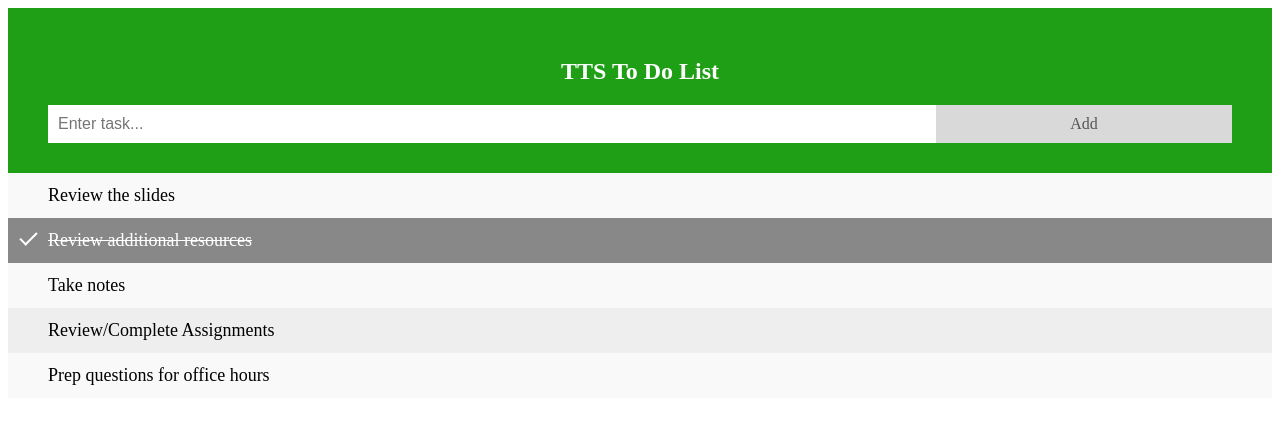
Repository: ayannasampson/week5groupproject
Page: week5group.html
An editor plug-in stored every save of this project. The page is shown before and after the next save, followed by the edit.
The browser window is 1280 px wide. The pictures show the whole page.

Above is the page before, as saved 2023-03-07 20:13:26.

### week5group.html
<!DOCTYPE html>
<html>
  <head><link rel="stylesheet" type="text/css" href="week5groupproject.css">
  </head>


<div id="myDIV" class="header">
  <h2>TTS To Do List</h2>
  <input type="text" id="myInput" placeholder="Enter task...">
  <span onclick="newElement()" class="addBtn">Add</span>
</div>
<ul id="myUL">
  <li>Review the slides</li>
  <li class="checked">Review additional resources</li>
  <li>Take notes</li>
  <li>Review/Complete Assignments</li>
  <li>Prep questions for office hours</li>
</ul>

</html>

### week5groupproject.css
/* Include the padding and border in an element's total width and height */
* {
  box-sizing: border-box;
}

/* Remove margins and padding from the list */
ul {
  margin: 0;
  padding: 0;
}

/* Style the list items */
ul li {
  cursor: pointer;
  position: relative;
  padding: 12px 8px 12px 40px;
  background: #eee;
  font-size: 18px;
  transition: 0.2s;

  /* make the list items unselectable */
  -webkit-user-select: none;
  -moz-user-select: none;
  -ms-user-select: none;
  user-select: none;
}

/* Set all odd list items to a different color (zebra-stripes) */
ul li:nth-child(odd) {
  background: #f9f9f9;
}

/* Darker background-color on hover */
ul li:hover {
  background: #ddd;
}

/* When clicked on, add a background color and strike out text */
ul li.checked {
  background: #888;
  color: #fff;
  text-decoration: line-through;
}

/* Add a "checked" mark when clicked on */
ul li.checked::before {
  content: '';
  position: absolute;
  border-color: #fff;
  border-style: solid;
  border-width: 0 2px 2px 0;
  top: 10px;
  left: 16px;
  transform: rotate(45deg);
  height: 15px;
  width: 7px;
}

/* Style the close button */
.close {
  position: absolute;
  right: 0;
  top: 0;
  padding: 12px 16px 12px 16px;
}

.close:hover {
  background-color: #f44336;
  color: white;
}

/* Style the header */
.header {
  background-color: #0d9803ec;
  padding: 30px 40px;
  color: white;
  text-align: center;
}

/* Clear floats after the header */
.header:after {
  content: "";
  display: table;
  clear: both;
}

/* Style the input */
input {
  margin: 0;
  border: none;
  border-radius: 0;
  width: 75%;
  padding: 10px;
  float: left;
  font-size: 16px;
}

/* Style the "Add" button */
.addBtn {
  padding: 10px;
  width: 25%;
  background: #d9d9d9;
  color: #555;
  float: left;
  text-align: center;
  font-size: 16px;
  cursor: pointer;
  transition: 0.3s;
  border-radius: 0;
}

.addBtn:hover {
  background-color: #bbb;
}

After the next save:
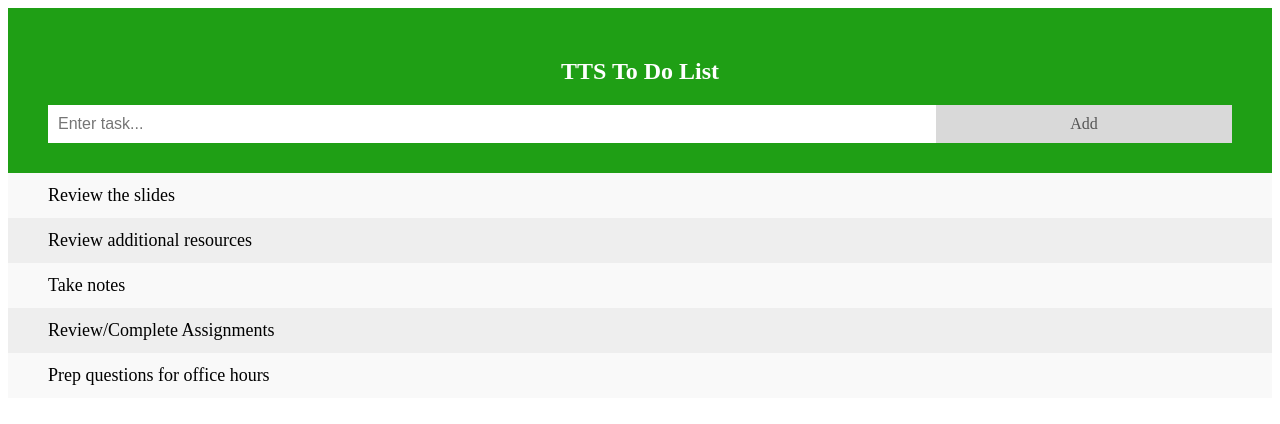
Saved 16 min 36 s later.
--- a/week5group.html
+++ b/week5group.html
@@ -11,7 +11,7 @@
 </div>
 <ul id="myUL">
   <li>Review the slides</li>
-  <li class="checked">Review additional resources</li>
+  <li>Review additional resources</li>
   <li>Take notes</li>
   <li>Review/Complete Assignments</li>
   <li>Prep questions for office hours</li>
